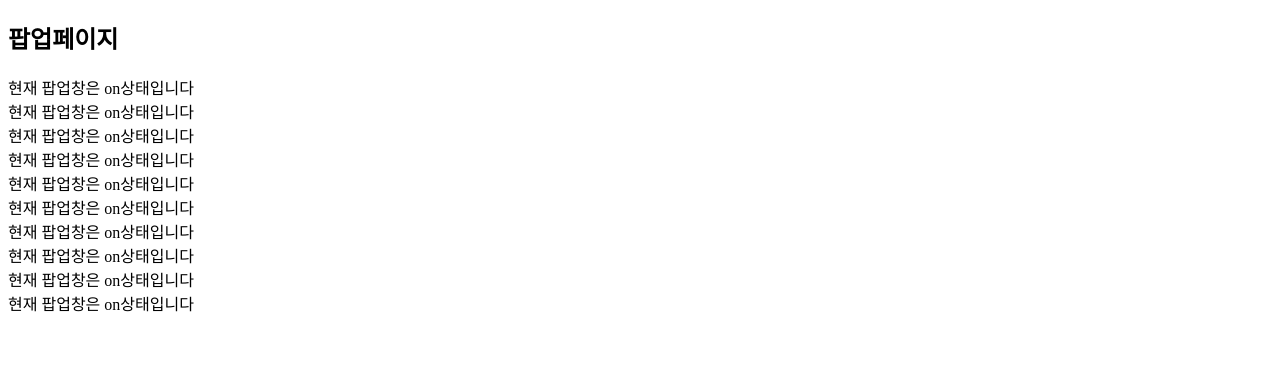
Repository: design-view/jspstudy
Page: http://localhost/GreenJsp/05cookiesession/popuppage.jsp
The author's editor kept a copy of each file at every save. The page is drawn from the files as they stood at one save, then again after the next save.
The browser window is 1280 px wide. The pictures show the whole page.
The page is served by Tomcat 9. Other server files are loaded and not shown.

Above is the page before, as saved 2024-01-16 05:26:50.

### GreenJsp/src/main/webapp/05cookiesession/popuppage.jsp
<%@ page language="java" contentType="text/html; charset=UTF-8"
    pageEncoding="UTF-8"%>
<%
	String popupMode="on";
%>
<!DOCTYPE html>
<html>
<head>
<meta charset="UTF-8">
<title>Insert title here</title>
</head>
<body>
	<h2>팝업페이지</h2>
	<%
		for(int i=0; i<10; i++){
			out.println("현재 팝업창은 "+popupMode+"상태입니다<br/>");
		}
	%>
	<div>
	</div>
</body>
</html>

After the next save:
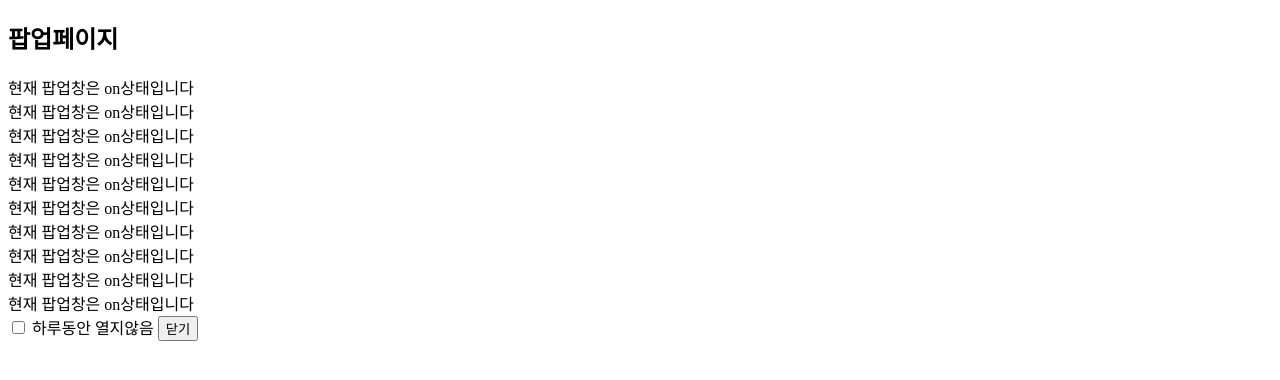
Saved 112 s later.
--- a/GreenJsp/src/main/webapp/05cookiesession/popuppage.jsp
+++ b/GreenJsp/src/main/webapp/05cookiesession/popuppage.jsp
@@ -17,6 +17,10 @@
 		}
 	%>
 	<div>
+		<from>
+			<input type="checkbox" id="checkToday" value="1" />
+			하루동안 열지않음 <input type="button"  value="닫기" id="closebtn"/>
+		</from>
 	</div>
 </body>
 </html>
